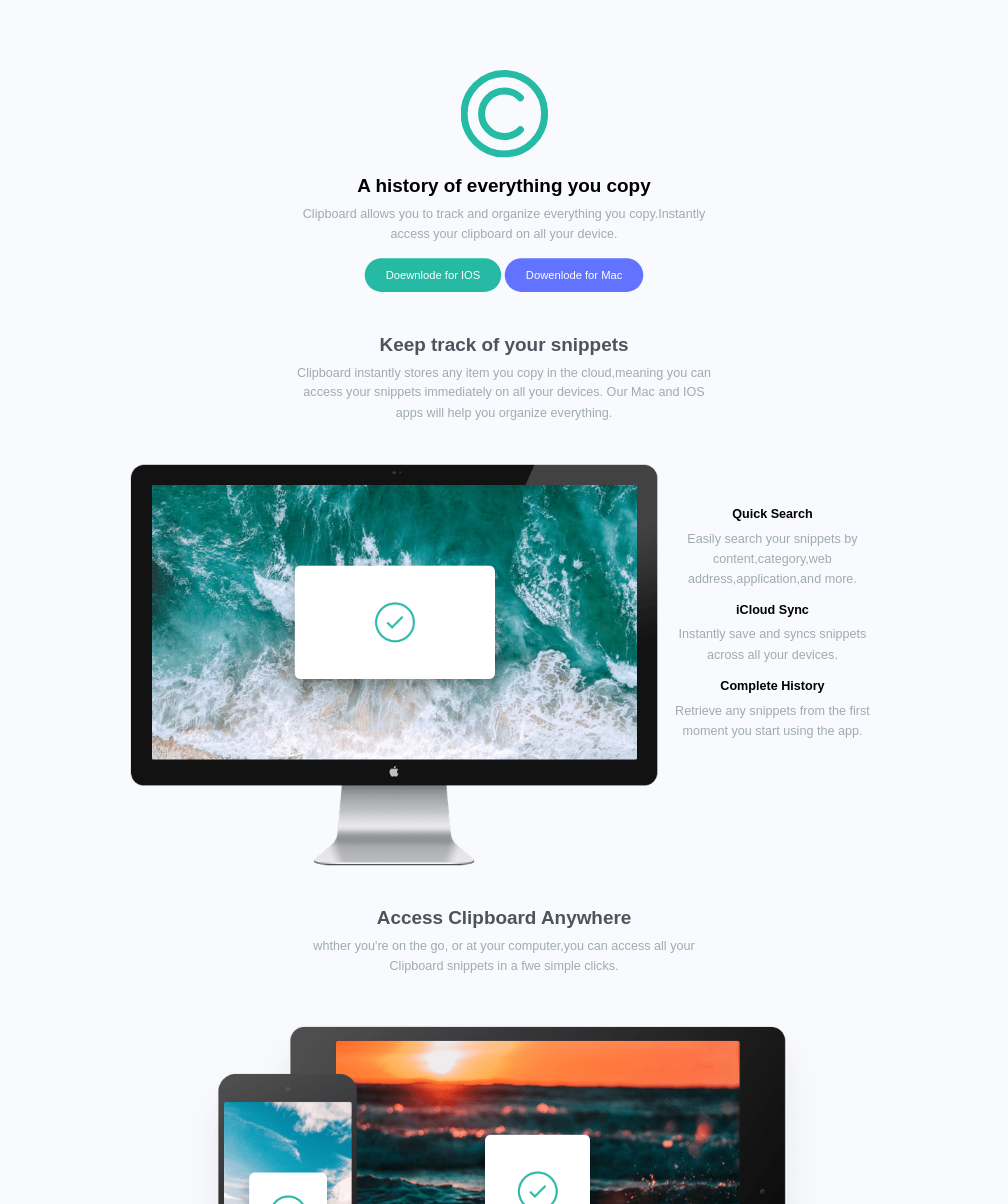
Repository: moataz305G/Clipboard-landing-page
Page: index.html
An editor plug-in stored every save of this project. The page is shown before and after the next save, followed by the edit.
The browser window is 1280 px wide. The page is 1440 px wide, so the pictures cover 1440 px, including what lies to the right of the window. The pictures show the part of the page from y = 0 to 1720 px (the page is 2888 px tall), at 70% of full size.

Above is the page before, as saved 2025-12-05 14:07:48.

### index.html
<!DOCTYPE html>
<html lang="en">
  <head>
    <meta charset="UTF-8" />
    <meta name="viewport" content="width=device-width, initial-scale=1.0" />

    <link
      rel="icon"
      type="image/png"
      sizes="32x32"
      href="./images/favicon-32x32.png"
    />
    <title>Clipboard landing page</title>
    <link rel="stylesheet" href="style.css" />
  </head>
  <body>
    <div class="container">
      <article>
        <div class="hero">
          <img class="logo" src="images/logo.svg" alt="Clipboard Logo" />

          <h1>A history of everything you copy</h1>
          <p>
            Clipboard allows you to track and organize everything you
            copy.Instantly access your clipboard on all your device.
          </p>
          <button class="IOS-button">Doewnlode for IOS</button>
          <button class="Mac-button">Dowenlode for Mac</button>
        </div>

        <div class="snippets">
          <h2>Keep track of your snippets</h2>
          <p>
            Clipboard instantly stores any item you copy in the cloud,meaning
            you can access your snippets immediately on all your devices. Our
            Mac and IOS apps will help you organize everything.
          </p>
        </div>
        <div class="fuatures-computer">
          <img
            class="image-computer"
            src="images/image-computer.png"
            alt="Fuatures "
          />
          <div class="fuatures">
            <div>
              <h4>Quick Search</h4>
              <p>
                Easily search your snippets by content,category,web
                address,application,and more.
              </p>
            </div>
            <div>
              <h4>iCloud Sync</h4>
              <p>Instantly save and syncs snippets across all your devices.</p>
            </div>
            <div>
              <h4>Complete History</h4>
              <p>
                Retrieve any snippets from the first moment you start using the
                app.
              </p>
            </div>
          </div>
        </div>

        <div class="access-anywhere">
          <h2>Access Clipboard Anywhere</h2>
          <p>
            whther you're on the go, or at your computer,you can access all your
            Clipboard snippets in a fwe simple clicks.
          </p>
        </div>

        <img
          class="img-device"
          src="images/image-devices.png"
          alt="image-access-clipboard"
        />

        <div class="workflow">
          <h2>Supercharge your workflow</h2>
          <p>We've got the tools tomboost your productivity.</p>
        </div>

        <div class="tools">
          <div class="blacklist">
            <img src="images/icon-blacklist.svg " />
            <h3>Creat blacklists</h3>
            <p>
              Ensure sensitive information never makes it way to your clipboard
              by excluding certain sources.
            </p>
          </div>

          <div class="Plane-text">
            <img src="images/icon-text.svg" />
            <h3>Plane text snippets</h3>
            <p>
              Remove unwanted formatting from copied text for a consisitent
              look.
            </p>
          </div>

          <div class="preview">
            <img src="images/icon-preview.svg " />
            <h3>Sneak preview</h3>
            <p>
              Quick preview of all snippets on your clipboard for easy access
            </p>
          </div>
        </div>

        <div class="largest-companies">
          <img src="images/logo-google.png" />
          <img src="images/logo-ibm.png" />
          <img src="images/logo-microsoft.png" />
          <img src="images/logo-hp.png" />
          <img src="images/logo-vector-graphics.png" />
        </div>

        <div class="Doewnlode">
          <h2>Clipboard for iOS and Mac OS</h2>
          <p>
            Available for free on the app store,Download for Mac or ios, sync
            with iCloud and you're ready to start adding to your clipboard.
          </p>
          <button class="IOS-button">Download for iOS</button>
          <button class="Mac-button">Download for Mac</button>
        </div>
      </article>

      <footer>
        <div class="links">
          <a href="#">FAQs</a>
          <a href="#">Contact Us</a>
          <a href="#">Privacy Policy</a>
        </div>
        <div class="social-media">
          <img src="images/icon-facebook.svg" />
          <img src="images/icon-twitter.svg" />
          <img src="images/icon-instagram.svg" />
        </div>
      </footer>
    </div>
  </body>
</html>

### style.css
* {
  margin: 0;
  padding: 0;
}
body {
  width: 1440px;
  height: auto;
  margin: 0 auto;
  font-size: 18px;
  font-family: sans-serif;
  background-color: #f9fafe;
}
h1 {
  color: #000;
  margin-top: 20px;
  margin-bottom: 10px;
}
h2 {
  color: #4c545d;
  margin-top: 20px;
  margin-bottom: 10px;
}

p {
  max-width: 600px;
  color: #9fabb2;
  margin: 0 auto;
  margin-top: 10px;
  margin-bottom: 20px;

  line-height: 1.6;
  text-align: center;
}

.container {
  display: grid;
  text-align: center;
  padding: 40px;
}
.hero,
.snippets,
.fuatures,
.access-anywhere,
.tools,
.workflow,
.bag-campany,
.Doewnlode {
  margin: 60px 0;
}
/* article div {
  text-align: center;
} */
button {
  color: #fff;
  border: none;
  padding: 15px 30px;
  font-size: 16px;
  cursor: pointer;
  border-radius: 30px;
}
.IOS-button {
  background-color: #26baa4ff;
}
.Mac-button {
  background-color: #6173ff;
}

.fuatures-computer {
  display: flex;
  justify-content: center;
  gap: 15px;
}

.fuatures-computer p {
  max-width: 300px;
}

.tools {
  display: flex;
  justify-content: center;
  gap: 30px;
}
.largest-companies {
  display: flex;
  justify-content: center;
  gap: 30px;
}

footer {
  display: flex;
  justify-content: space-between;
  padding: 20px 200px;
}
footer .links {
  display: flex;
  justify-content: center;
  gap: 20px;
}
footer .social-media {
  display: flex;
  justify-content: center;
  gap: 20px;
}

After the next save:
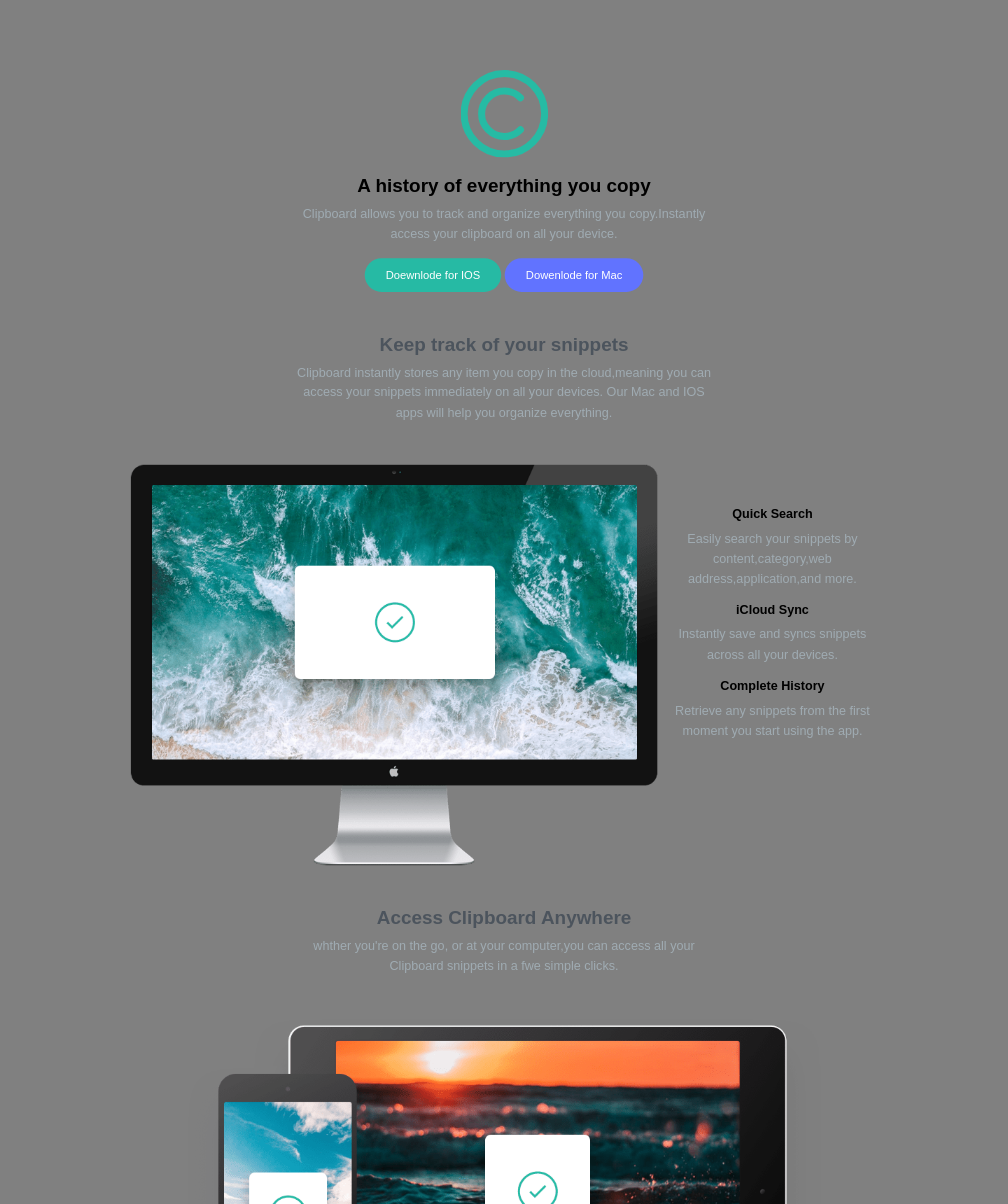
Saved 87 s later.
--- a/style.css
+++ b/style.css
@@ -8,7 +8,7 @@
   margin: 0 auto;
   font-size: 18px;
   font-family: sans-serif;
-  background-color: #f9fafe;
+  background-color: #808080;
 }
 h1 {
   color: #000;

After the save that followed:
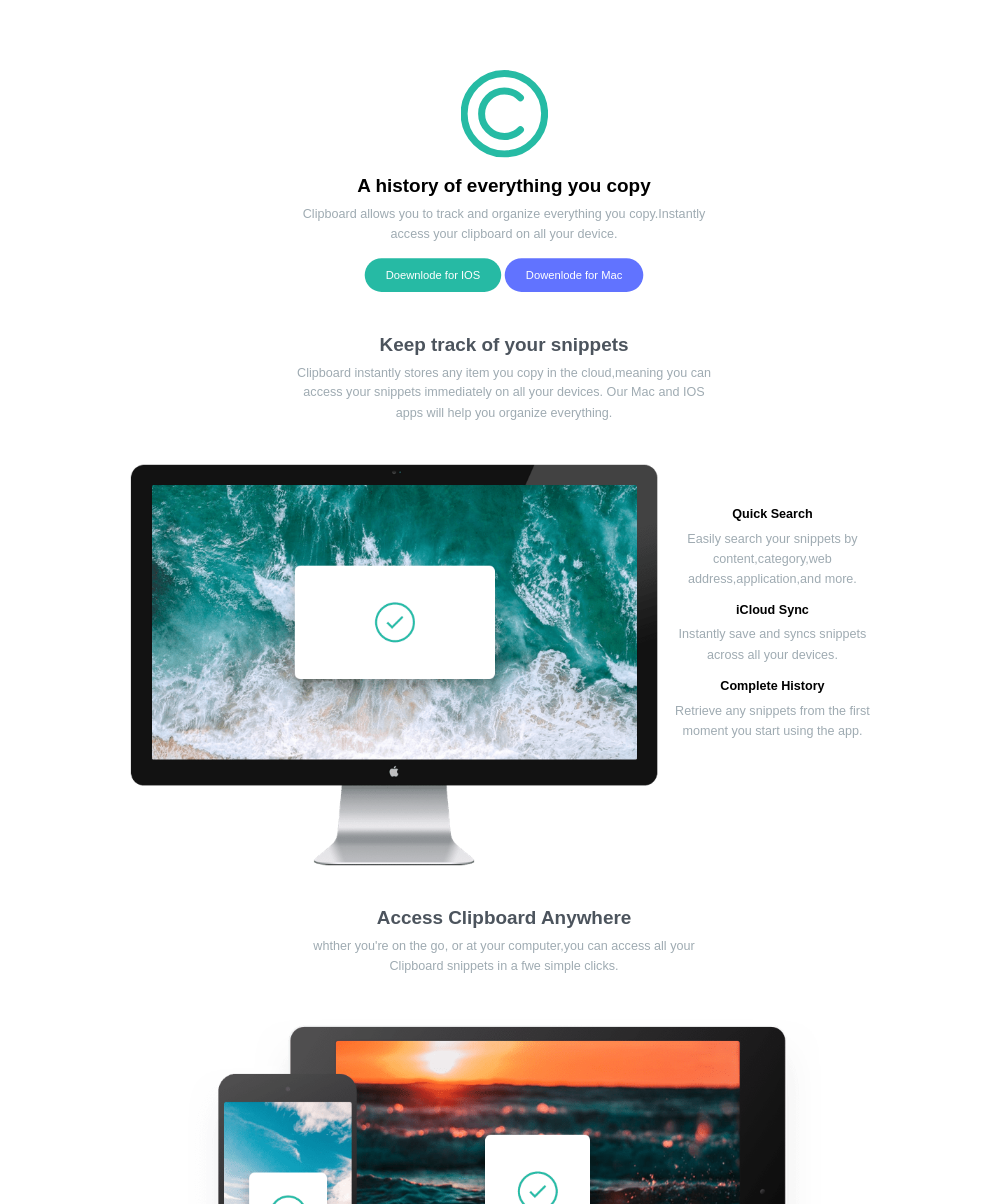
Saved 4 min 47 s later.
--- a/style.css
+++ b/style.css
@@ -7,8 +7,9 @@
   height: auto;
   margin: 0 auto;
   font-size: 18px;
-  font-family: sans-serif;
-  background-color: #808080;
+  /* font-family: sans-serif; */
+  font-family: "Bai Jamjuree", sans-serif;
+  font-weight: 400;
 }
 h1 {
   color: #000;
